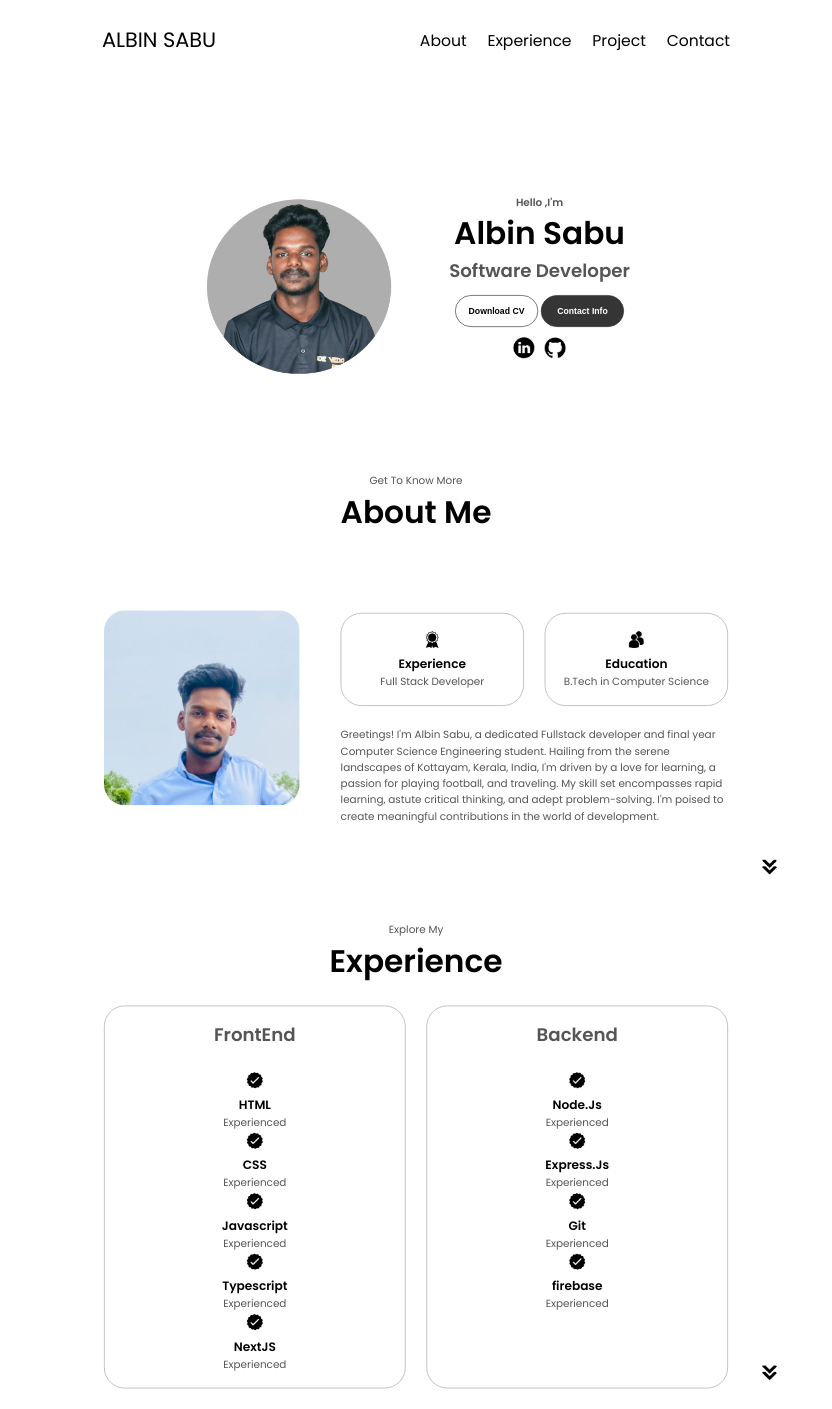
Repository: albinsabu2023/albinsabu
Page: index.html
These files come from the project's save history. The page is drawn as it stood at one moment and after the next save; the edit follows.
The browser window is 1280 px wide. The pictures show the whole page, at 65% of full size.

Above is the page before, as saved 2023-08-30 13:02:34.

### index.html
<!DOCTYPE html>
<html lang="en">
<link>
    <meta charset="UTF-8">
    <meta name="viewport" content="width=device-width, initial-scale=1.0">
    <title>Albin Sabu</title>
    <link rel="stylesheet" href="style.css"/>
    <link rel="stylesheet" href="mediaqueries.css">
</head>
<body>
    <nav id="desktop-nav">
        <div class="logo">
            ALBIN SABU
        </div>
        <div>
            <ul class="nav-links">
                <li><a href="#about">About</a></li>
                <li><a href="#experience">Experience</a></li>
                <li><a href="#project">Project</a></li>
                <li><a href="#contact">Contact</a></li>
            </ul>
        </div>
    </nav>
    <nav id="hamburger-nav">
        <div clas="logo"> ALBIN SABU</div>
        <div class="hamburger-menu">
            <div class="hamburger-icon" onclick="toggleMenu()">
                <span></span>
                <span></span>
                <span></span>
            </div>
            <div class="menu-links">
                <li><a href="#about" onclick="toggleMenu()">About</a></li>
                <li><a href="#about" onclick="toggleMenu()">Experience</a></li>
                <li><a href="#about" onclick="toggleMenu()">Project</a></li>
                <li><a href="#about" onclick="toggleMenu()">Contact</a></li>
            </div>
        </div>
    </nav>
    <section id="profile">
        <div class="section__pic-container">
            <img src="./assets/Albin Sabu2.png" alt="profile-pic">
        </div>
        <div class="section__text">
            <p class="section__text__p1">Hello ,I'm</p>
            <h1 class="title">Albin Sabu</h1>
            <p class="section__text__p2">Software Developer</p>
            <div class="btn_container">
                <button class="btn btn-color-2" onclick="window.open('./assets/Albin sabu.pdf')">Download CV</button>
                <button class="btn btn-color-1" onclick="location.href='#contact'">Contact Info</button>
            </div>
            <div id="social-container">
                <img src="./assets/linkedin.png" alt="My Linkedin Profile" class="icon" onclick="location.href='https://www.linkedin.com/in/albin-sabu-377798230'">
                <img src="./assets/github.png" alt="My Github Profile" class="icon" onclick="location.href='https://github.com/albinsabu2023'">

            </div>
        </div>
    </section>
    <section id="about">
        <p class="section__text__p1">Get To Know More</p>
        <h1 class="title">About Me</h1>
        <div class="section-container">
            <div class="section__pic-container">
                <img src="./assets/ull.png" alt="profilepicture" class="about-pic">
            </div>
            <div class="about-details-container">
                <div class="about-container">
                    <div class="details-container">
                        <img src="./assets/experience.png" alt="experience icon" class="icon">
                        <h3>Experience</h3>
                        <p>Full Stack Developer</p>
                    </div>
                    <div class="details-container">
                        <img src="./assets/education.png" alt="experience icon" class="icon">
                        <h3>Education</h3>
                        <p>B.Tech in Computer Science</p>
                    </div>
                </div>
                <div class="text-container">
                    <p>Greetings! I'm Albin Sabu, a dedicated Fullstack developer and final year Computer Science Engineering student. Hailing
                    from the serene landscapes of Kottayam, Kerala, India, I'm driven by a love for learning, a passion for playing
                    football, and traveling. My skill set encompasses rapid learning, astute critical thinking, and adept
                    problem-solving.  I'm poised to create meaningful
                    contributions in the world of development.
                    </p>
                </div>
            </div>
        </div>
        <!-- onclick="locaiton.href='./#experience'" -->
       <img src="./assets/arrow.png" alt="arrow" class="icon arrow" >
    </section>
    <section id="experience">
        <p class="section__text__p1">Explore My</p>
        <h1 class="title">Experience</h1>
        <div class="experience-details-container">
            <div class="about-container">
                <div class="details-container">
                    <h2 class="experience-sub-title">FrontEnd</h2>
                    <div class="article-container">
                        <article>
                            <img src="./assets/checkmark.png" alt="experience-icon" class="icon">
                            <div>
                                <h3>HTML</h3>
                                <p>Experienced</p>
                            </div>
                        </article>
                        <article>
                            <img src="./assets/checkmark.png" alt="experience-icon" class="icon">
                            <div>
                                <h3>CSS</h3>
                                <p>Experienced</p>
                            </div>
                        </article>
                        <article>
                            <img src="./assets/checkmark.png" alt="experience-icon" class="icon">
                            <div>
                                <h3>Javascript</h3>
                                <p>Experienced</p>
                            </div>
                        </article>
                        <article>
                            <img src="./assets/checkmark.png" alt="experience-icon" class="icon">
                            <div>
                                <h3>Typescript</h3>
                                <p>Experienced</p>
                            </div>
                        </article>
                        <article>
                            <img src="./assets/checkmark.png" alt="experience-icon" class="icon">
                            <div>
                                <h3>NextJS</h3>
                                <p>Experienced</p>
                            </div>
                        </article>

                    </div>
                </div>
                <div class="details-container">
                    <h2 class="experience-sub-title">Backend</h2>
                    <div class="article-container">
                        <article>
                            <img src="./assets/checkmark.png" alt="experience-icon" class="icon">
                            <div>
                                <h3>Node.Js</h3>
                                <p>Experienced</p>
                            </div>
                        </article>

                        <article>
                            <img src="./assets/checkmark.png" alt="experience-icon" class="icon">
                            <div>
                                <h3>Express.Js</h3>
                                <p>Experienced</p>
                            </div>
                        </article>
                        <article>
                            <img src="./assets/checkmark.png" alt="experience-icon" class="icon">
                            <div>
                                <h3>Git</h3>
                                <p>Experienced</p>
                            </div>
                        </article>
                        <article>
                            <img src="./assets/checkmark.png" alt="experience-icon" class="icon">
                            <div>
                                <h3>firebase</h3>
                                <p>Experienced</p>
                            </div>
                        </article>

                    </div>
                </div>
            </div>
        </div>
        <img src="./assets/arrow.png" alt="arrow" class="icon arrow">
    </section>
    <script src="script.js"></script>
</body>
</html>

### style.css
@import url('https://fonts.googleapis.com/css2?family=Poppins:ital,wght@0,300;0,400;0,500;0,600;1,200;1,300;1,500;1,600&display=swap');

* {
    margin: 0;
    padding: 0;
}

body {
    font-family: 'Poppins', sans-serif;
}

html {
    scroll-behavior: smooth;
}

p {
    color: rgb(85, 85, 85);
}

a,
.btn {
    transition: all 300ms ease
}

/* Desktop navigation */
nav,
.nav-links {
    display: flex;

}

nav {
    justify-content: space-around;
    align-items: center;
    height: 17vh;

}

.nav-links {
    gap: 2rem;
    list-style: none;
    font-size: 1.5rem;
}
a{
    color:black;
    text-decoration: none;
    text-decoration-color: white;
}

a:hover{
    color:gray;
    text-decoration:underline;
    text-underline-offset:1rem ;
    text-decoration-color:rgb(181,181,181);
}

.logo{
    font-size:2rem;
}

#hamburger-nav{
    display:none;
}
.hamburger-menu{
    position: relative;
    display:inline-block;
}
.hamburger-icon{
    display: flex;
    flex-direction: column;
    justify-content: space-between;
    height: 24px;
    width: 30px;
    cursor: pointer;
}

.hamburger-icon span{
    width:100%;
    height: 2px;
    background-color: black;
    transition: all 0.3 ease-in-out;
}

.menu-links{
    position:absolute;
    top:100%;
    right:0%;

    width: fit-content;
    max-height: 0;
    overflow: hidden;
    transition: all 0.3 ease-in-out;
}

.menu-links{
    display: block;
    padding: 10px;
    text-align: center;
    font-size: 1.5rem;
    color: black;
    text-decoration: none;
    transform: all 0.3 ease-in-out;
}

.menu-links li{
    list-style: none;

}

.menu-links.open{
    max-height: 300px;
}

.hamburger-icon.open span:first-child{
    transform:rotate(45deg) translate(10px,5px);
}
.hamburger-icon.open span:nth-child(2){
   opacity:0;
}
.hamburger-icon.open span:last-child{
    transform:rotate(-45deg) translate(10px,-5px);
}

.hamburger-icon span:first-child{
    transform: none;
}
.hamburger-icon span:first-child{
    opacity:1;
}
.hamburger-icon span:first-child{
    transform: none;
}

section{
    padding-top:4vh ;
    height: 96vh;
    margin: 0 10rem;
    box-sizing: border-box;
    min-height: fit-content;
}

.section-container{
    display: flex;
}

#profile{
    display: flex;
    justify-content: center;
    gap: 5rem;
    height:  80vh;
}

.section__pic-container{
    display: flex;
    height: 400px;
    width: 400px;
    margin: auto 0;
}

.section__text{

    align-self:center;
    text-align: center;
}

.section__text p{
    font-weight: 600;
}
.section__text__p1{
    text-align: center;

}
.section__text__p2 {

    font-size: 1.75rem;
    margin-bottom: 1rem;
}

.title{
    font-size:3rem;
    text-align: center;
}
#social-container{
    display: flex;
    justify-content: center;
    margin-top: 1rem;
    gap: 1rem;
}

/* icon */
.icon{
    cursor: pointer;
    height: 2rem;
}

.btn-container{
    display: flex;
    justify-content:center;
    gap: 1rem;
}
.btn{
    font-weight: 600;
    transition: all 300ms ease;
    padding: 1rem;
    width: 8rem;
    border-radius: 2rem;

}

.btn-color-1,.btn-color-2{
    border:rgb(53,53,53) 0.1rem solid;
}
.btn-color-1:hover,
.btn-color-2:hover {
   cursor:pointer
}
.btn-color-1,
.btn-color-2:hover {
   background: rgb(53,53,53);
   color: white;
}

.btn-color-1:hover{
    background-color: rgb(0,0,0);

}
.btn-color-2{
    background:none
    ;
}
.btn-color-2:hover{
    border:rgb(255,255,255) 0.1rem solid;
}

/* About section */

#about{
    position: relative;
}
.about-container{
    gap:2rem;
    margin-bottom:2rem ;
    margin-top: 2rem;
}
.about-details-container{
    justify-content: center;
    flex-direction: column;
}

.about-container,.about-details-container{
    display: flex;
}

.about-pic{
    border-radius: 2rem;

}
.arrow{
    position:absolute;
    right:-5rem;
    bottom:2.5rem;
}

.details-container{
    padding:1.5rem ;
    flex: 1;
    background: white;
    border-radius: 2rem;
    border: rgb(53,53,53) 0.1rem solid;
    border-color: rgb(163,163,163);
    text-align: center;

}

.section-container{
    gap: 4rem;
    height: 80%;
}

.section__pic-container{
    height: 300px;
    width:300px ;
    margin:auto 0;
}

/* experience */

#experience{
    position:relative;
}

.experience-sub-title{
    color:rgb(85,85,85);
    font-weight: 600;
    font-size: 1.75rem;
    margin-bottom:2rem;
}

.experience-details-container{
    display: flex;
    justify-content: center;
    flex-direction: column;
}

### mediaqueries.css
@media screen and (max-width:1200px){
    #desktop-nav{
        display: none;
    }
    #hamburger-nav{
        display: flex;
    }
}

Loaded but not shown: script.js (common file)

After the next save:
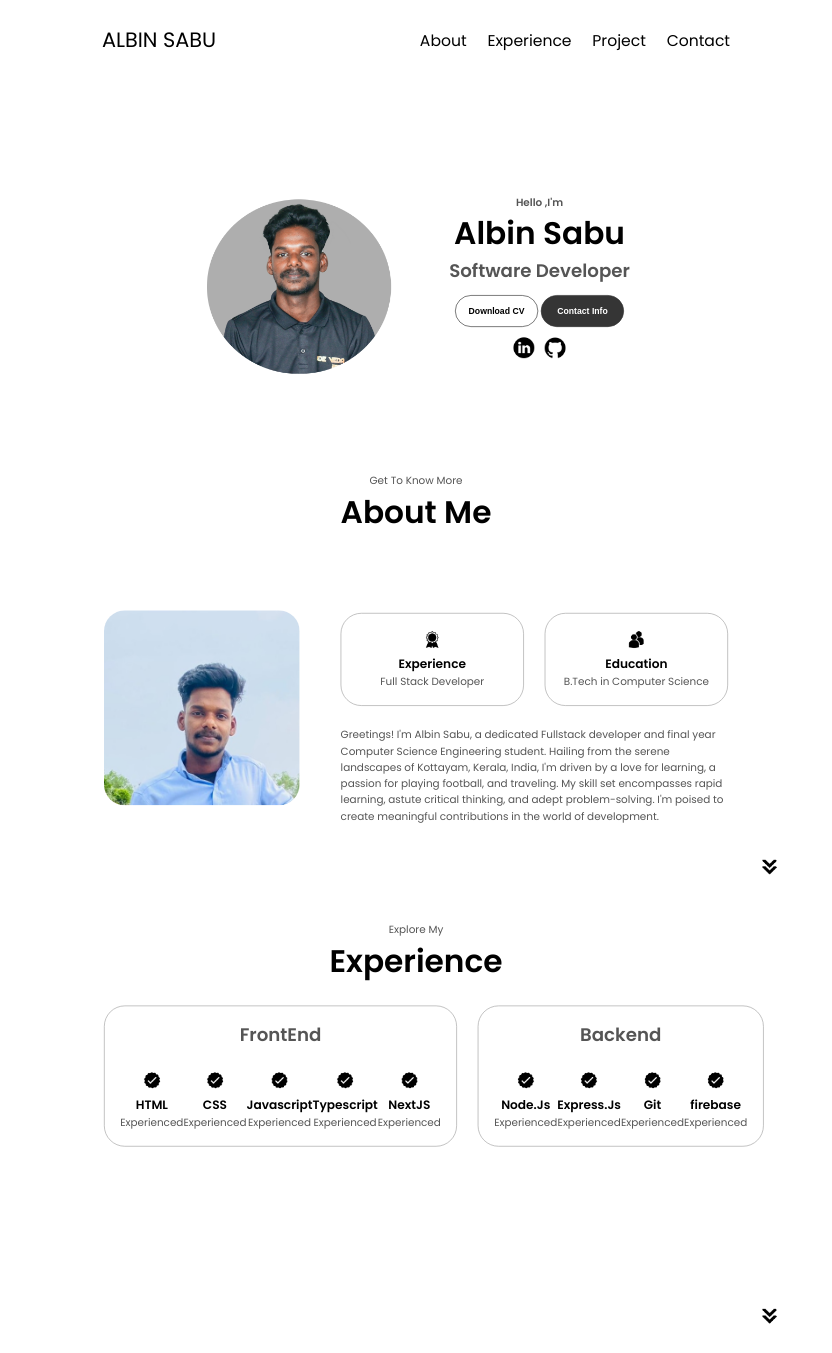
Saved 49 s later.
--- a/style.css
+++ b/style.css
@@ -301,3 +301,6 @@ section{
     justify-content: center;
     flex-direction: column;
 }
+.article-container{
+    display: flex;
+}
